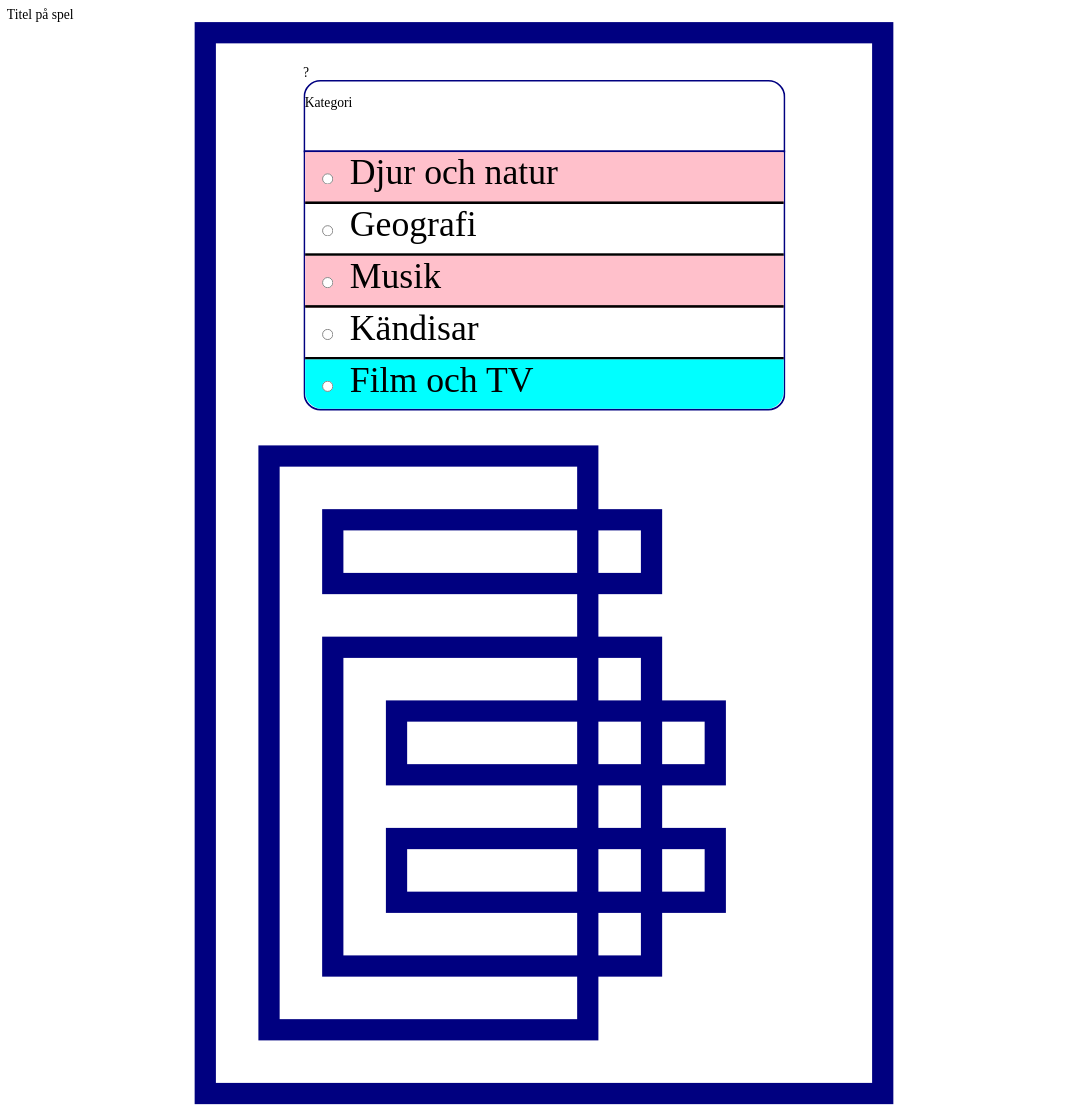
Repository: ed222gg/project2
Page: pages/start.html
The author's editor kept a record of every edit. The page is drawn from the files as they stood at one moment, then again after the next edit.
The browser window is 1280 px wide. The pictures show the whole page, at 85% of full size.

Above is the page before.

### pages/start.html
<!DOCTYPE html>
<html>

<head>
    <meta charset="utf-8" />
    <title>Index</title>
    <link rel="stylesheet" type="text/css" href="../css/style.css" />
</head>

<body>
    <header>Titel på spel</header>
    <main>
        <div id="container">
            <div id="help">?</div>
            <div id="CategoryTitle"><p>Kategori</div>
            <div id="categories">
                <ul>
                    <div id="li0"><li><input type="radio" id="c0" name="category" value="0">Djur och natur</li></div>
                    <div id="li1"><li><input type="radio" id="c1" name="category" value="1">Geografi</li></div>
                 <div id="li2">   <li><input type="radio" id="c2" name="category" value="2">Musik</li></div>
                  <div id="li3"> <li><input type="radio" id="c3" name="category" value="3">Kändisar</li></div>
                  <div id="li4">  <li><input type="radio" id="c4" name="category" value="4">Film och TV</li></div>
                </ul>




            </div>
        </div>
        <!-- <template id="tamplate"> -->
        <div id="gameLayout">
            <div id="topLayout"></div>
            <div id="bottomLayout">
                <div id="bottomLeft"></div>
            <div id="bottomRight"></div>
        </div>
        </div>
        <!-- </template> -->

    </main>
    <script src="../script/Game.js" type="text/javascript"></script>
</body>

</html>

<!-- main funktionen
   var template = document.querySelector('#template');
   var gameLayout = template.content.querySelector('#gameLayout').cloneNode(true);

   // om du vill hämta element i main funktionen
   gameLayout.questionP = gameLayout.querySelector('#question');
   gameLayout.questionP.innerHTML ='vem van vm 2011';

   // lägger ut allt
   container.appendChild(gameLayout);
   <--

### css/style.css
body{
    background: #FFFFFF;
}

main{
    /* float: right; */
  overflow: auto;
  margin: auto;
  width: 722px;
  padding: 25px;
  border: 25px solid navy;
}
header{}
input{

    margin: 20px;}

#template{ }
#gameLayout{
    float:left;
    width: 300px;
    padding: 25px;
    border: 25px solid navy;
    margin: 25px;}
#topLayout{
      float:left;
      width: 300px;
    padding: 25px;
    border: 25px solid navy;
    margin: 25px;}
#bottomLayout{   float:left;width: 300px;
    padding: 25px;
    border: 25px solid navy;
    margin: 25px;}
#bottomLeft{  float:left; width: 300px;
    padding: 25px;
    border: 25px solid navy;
    margin: 25px;}
#bottomRight{   float:left;width: 300px;
    padding: 25px;
    border: 25px solid navy;
    margin: 25px;}



#categories{  float:left;
    margin: 0px;
    padding: 0px;
    list-style-type: none;
}


#container{    overflow: auto;
  /* float: left; */
  width: 567px;
  padding: -29px;
 /* border: 8px solid navy;*/
  margin: auto;
}


#CategoryTitle{


  width: 563px;
  height: 81px;
  /* padding: 18px; */
  border: 2px solid navy;
  /* margin: 25px; */
  margin: auto;
  border-radius-top: 12px;
  border-top-left-radius: 20px;
  border-top-right-radius: 20px;

}


 ul{
  padding: 0px;
  margin-top: -2px;
  width: 563px;
  border: 2px solid navy;
  border-bottom-left-radius: 20px;
  border-bottom-right-radius: 20px;

 }
 li{  /* width: 51px; */
  font-size: 42px;
  /* font-family: serif; */
  list-style-type: none;
  /* width: 200px; */
 }

input#c:hover {
  cursor:pointer;

 }

#li0{
background-color:pink;
border-bottom-style: solid;
}
#li1{

border-bottom-style: solid;
}

#li2{
background-color:pink;
border-bottom-style: solid;
}

#li3{

border-bottom-style: solid;
}
#li4{
background-color:aqua;
  border-bottom-left-radius: 20px;
  border-bottom-right-radius: 20px;

}

### script/Game.js
"use strict"; //objekt.metod/egenskap(argument)

var Game= {

    pos: 0,
    categoryNr: undefined,
    test: undefined,
    testStatus: undefined,
    question: undefined,
    choice: undefined,
    choises: undefined,
    chA: undefined,
    chB: undefined,
    correct: 0,
    questionsArray: [],


    init: function() {
        var radios = document.getElementsByName('category'); // samla alla cetegoryelementen i en lista
        console.log(radios)

        for (var i = 0; i < radios.length; i++) {
            eventClick(i);
        }
        //funktionen eventclick som vi kallar på i forloopen ovan,
        //lägger en eventlistener på alla elementen i radios
        function eventClick(categoryId){
            radios[categoryId].addEventListener("click", function() {
            if (radios[categoryId].checked)
            {

                //nu har vi checkat samt vet vilket id categorin har. nu kan vi sätta rätt frågor. next step.
                //hmm hur var det jag hade tänkt nu då...
                console.log(categoryId)

            }


            });
        }



    },
};
//När sidan har laddads in så anropas init.
window.onload = Game.init;


 /* // main funktionen
   var template = document.querySelector('#template');
   var gameLayout = template.content.querySelector('#gameLayout').cloneNode(true);

   // om du vill hämta element i main funktionen
   gameLayout.questionP = gameLayout.querySelector('#question');
   gameLayout.questionP.innerHTML ='vem van vm 2011';

   // lägger ut allt
   container.appendChild(gameLayout);*/

After the next edit:
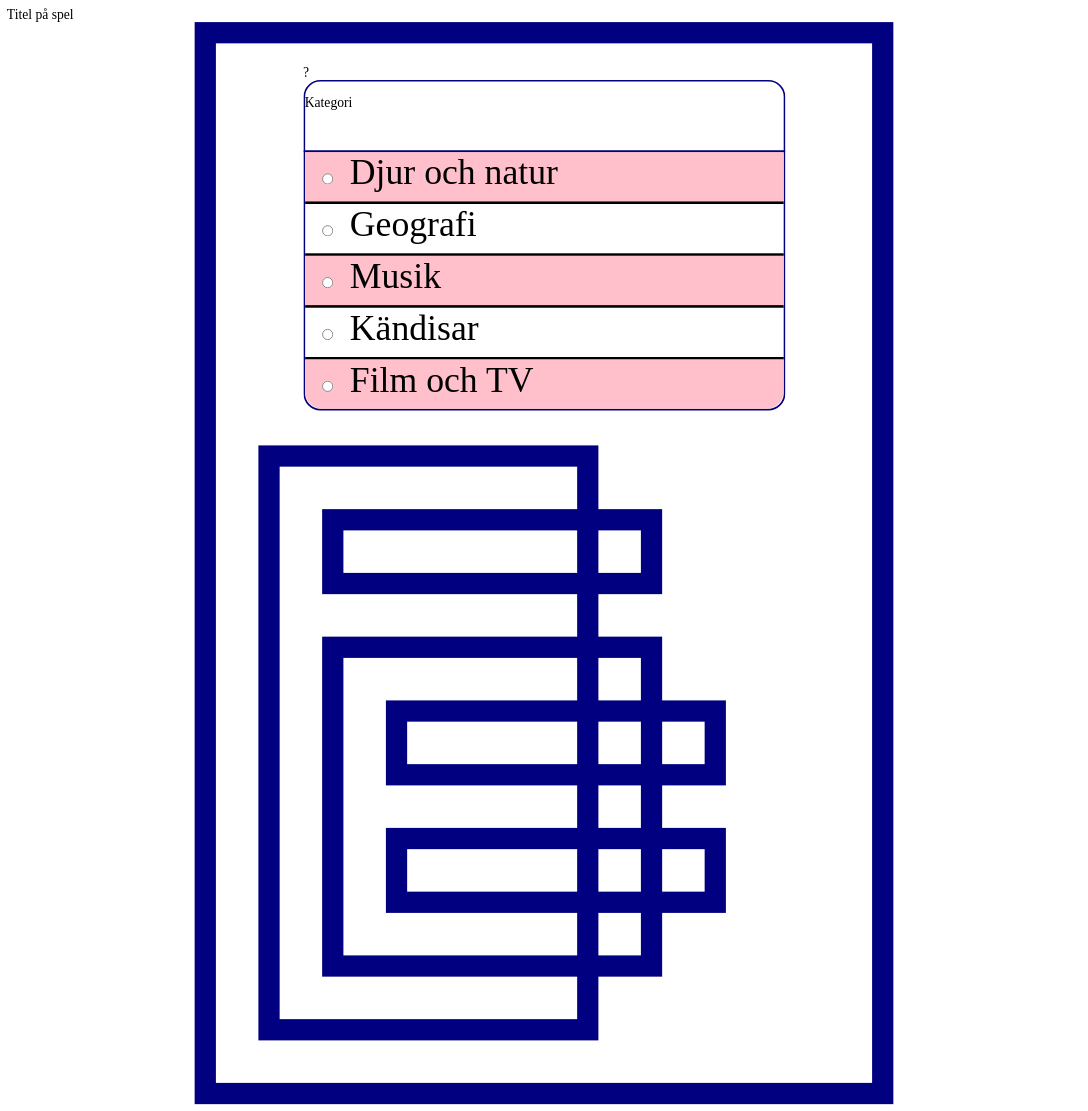
The edit:
--- a/css/style.css
+++ b/css/style.css
@@ -115,7 +115,7 @@
 border-bottom-style: solid;
 }
 #li4{
-background-color:aqua;
+background-color:pink;
   border-bottom-left-radius: 20px;
   border-bottom-right-radius: 20px;
 
